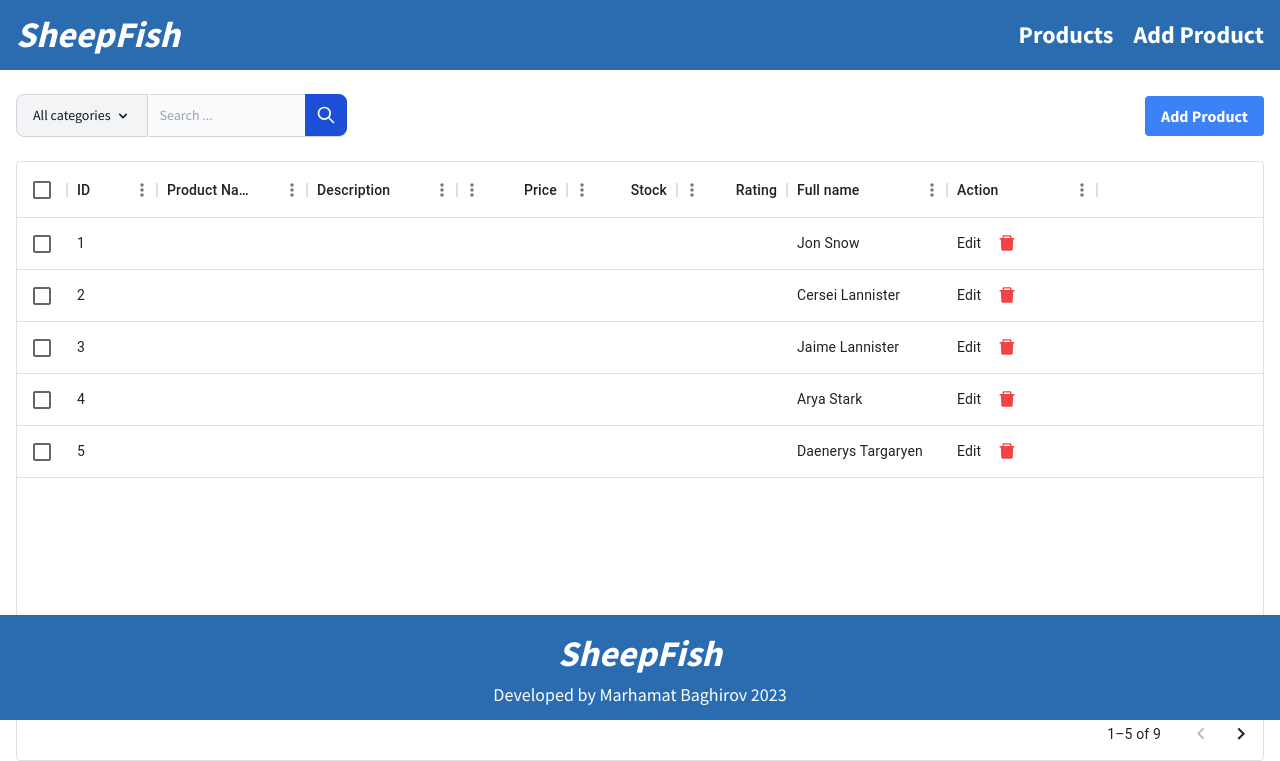
Repository: Marhamat92/sheep-fish-task
Page: /
The author's editor kept a copy of each file at every save. The page is drawn from the files as they stood at one save, then again after the next save.
The browser window is 1280 px wide. The pictures show the whole page.
The project was rebuilt for these pictures with package versions that can differ from the ones it lists, and the page was loaded fresh each time. Also part of the build but not shown: src/App.css.

Above is the page before, as saved 2023-03-28 19:19:58.

After the next save:
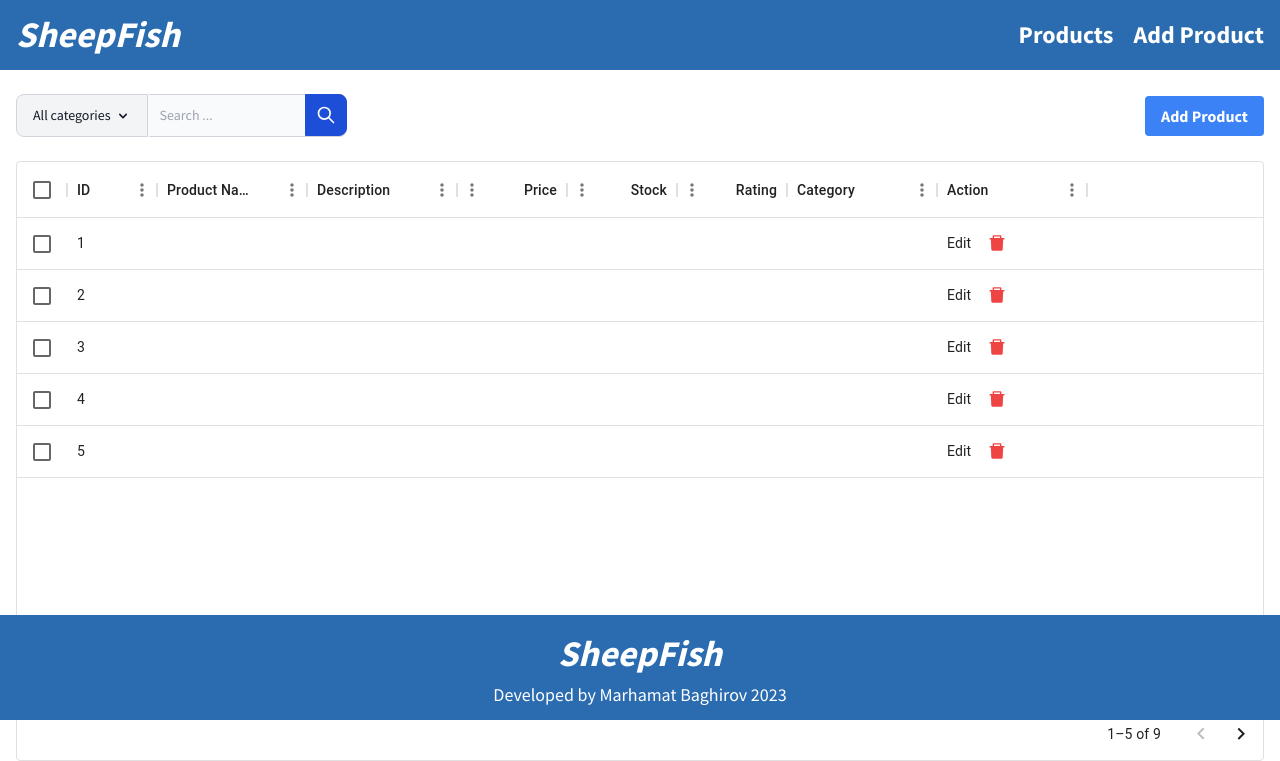
Saved 2 min 8 s later.
--- a/src/components/ListTable.tsx
+++ b/src/components/ListTable.tsx
@@ -45,14 +45,12 @@
       editable: true,
     },
     {
-      field: "fullName",
-      headerName: "Full name",
-      description: "This column has a value getter and is not sortable.",
-      sortable: false,
-      width: 160,
-      valueGetter: (params: GridValueGetterParams) =>
-        `${params.row.firstName || ""} ${params.row.lastName || ""}`,
+      field: "category",
+      headerName: "Category",
+      width: 150,
+      editable: true,
     },
+
     {
       field: "action",
       headerName: "Action",
